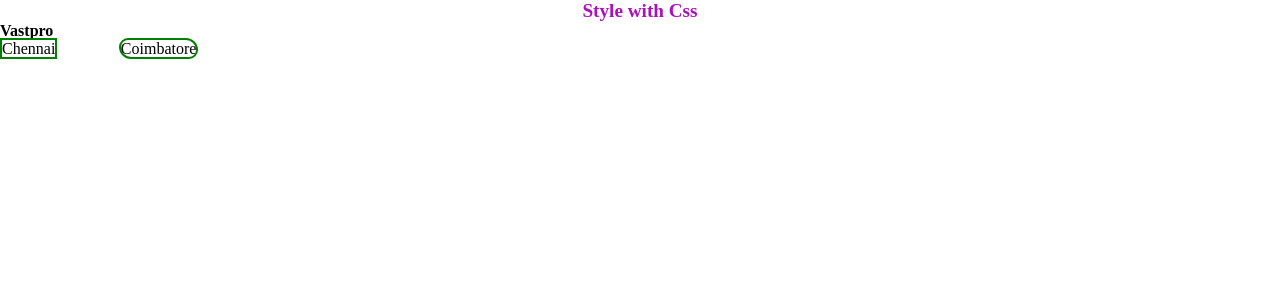
Repository: venkatesakki/JavaDeveloper
Page: css_examples/src/main/webapp/index.html
These files come from the project's save history. The page is drawn as it stood at one moment and after the next save; the edit follows.
The browser window is 1280 px wide. The pictures show the whole page.

Above is the page before, as saved 2022-06-27 05:28:51.

### css_examples/src/main/webapp/index.html
<!DOCTYPE html>
<html>
<head>
<meta charset="UTF-8">
<title>Css Style</title>
<link href="styles/style.css" type="text/css" rel="stylesheet"/>
</head>
<body>
<h1 id="title">Style with Css</h1>
<h4>Vastpro</h4>


<div class="bigBox">Chennai</div>
<div class="bigBox" style="visibility:hidden">Tenkasi</div>
<div class="bigBox" style="display:none;">Teni</div>

<div class="bigBox effect">Coimbatore</div>
</body>
</html>

### css_examples/src/main/webapp/styles/style.css
@charset "UTF-8";

*{

margin:0;
padding:0;
}
#title{
	text-align:center;
	font-family:serif;
	font-size:1.2em;
	color:#aa11BB;
}
.bigBox{

	width:200px;
	height:100px;
	border:2px solid green;
	display:inline;
}
.bigBox.effect{

	border-radius:15px 20px 15px 20px;
}

img[alt="Book1"]{
	width:200px;
	height:100px;
	border:3px solid gold;

}

img[*src="right"]{

	width:100px;
	height:100px;
	border:4px solid green;

}

After the next save:
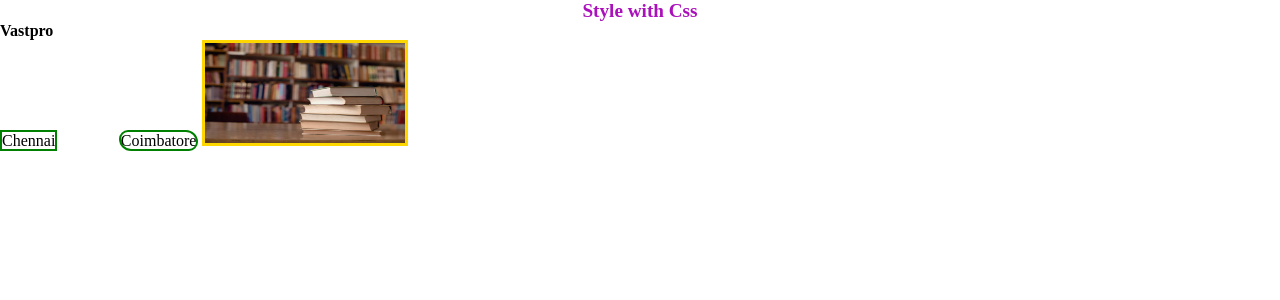
Saved 17 s later.
--- a/css_examples/src/main/webapp/index.html
+++ b/css_examples/src/main/webapp/index.html
@@ -15,5 +15,7 @@
 <div class="bigBox" style="display:none;">Teni</div>
 
 <div class="bigBox effect">Coimbatore</div>
+<img alt="Book1" src="images/sample.jpg">
+
 </body>
 </html>
